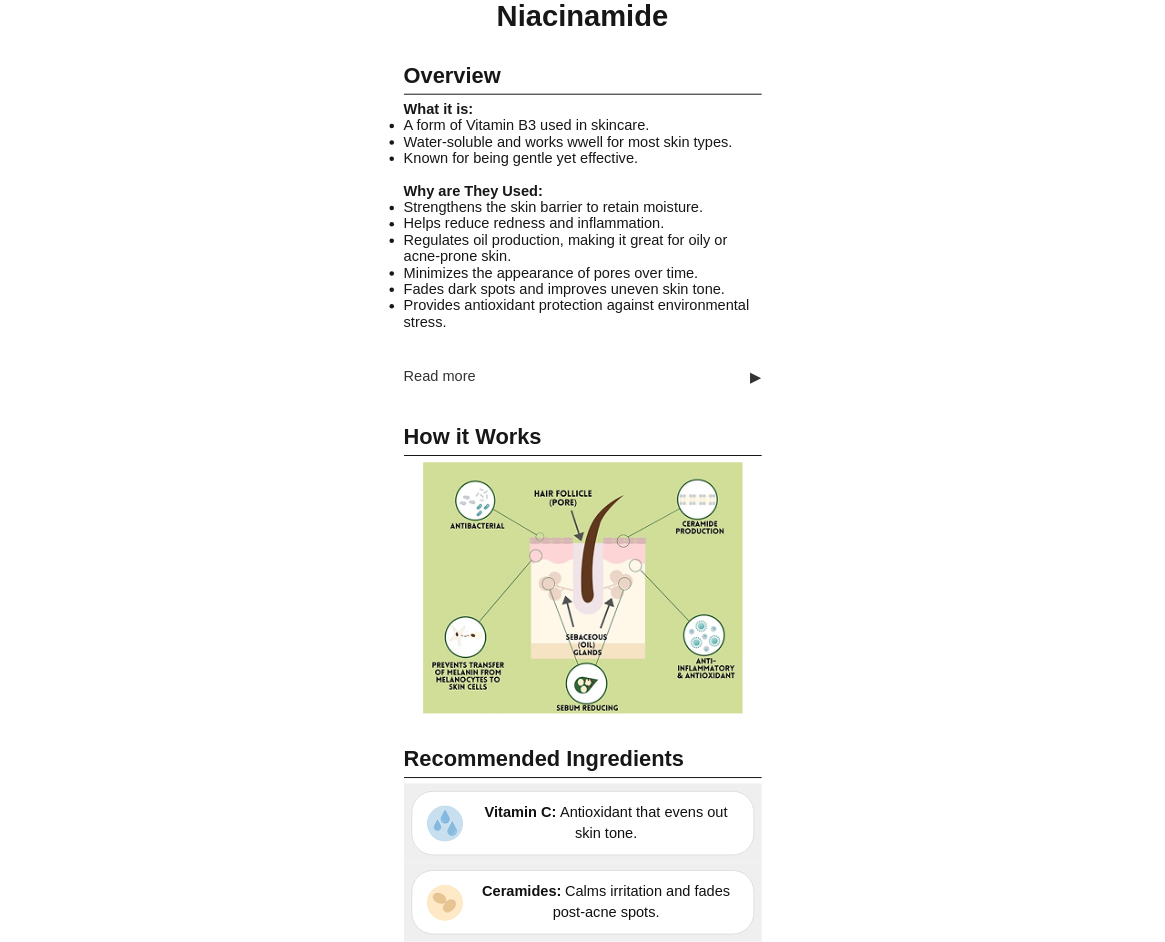
Repository: Esteb4ncd/DermaKnight_WebApp
Page: / (app in dermaknight/)
The author's editor kept a copy of each file at every save. The page is drawn from the files as they stood at one save, then again after the next save.
The browser window is 1280 px wide. The pictures show the whole page, at 91% of full size.
The project was rebuilt for these pictures with package versions that can differ from the ones it lists, and the page was loaded fresh each time. The framework's server and built-in components were replaced by stand-ins that run in the browser. Also part of the build but not shown: dermaknight/next.config.mjs, dermaknight/app/page.module.css, dermaknight/app/ui/toggleDropdown/toggleDropdown.module.css.

Above is the page before, as saved 2025-05-12 13:44:55.

### dermaknight/app/layout.js
import { Geist, Geist_Mono } from "next/font/google";
import "./globals.css";



const geistSans = Geist({
  variable: "--font-geist-sans",
  subsets: ["latin"],
});

const geistMono = Geist_Mono({
  variable: "--font-geist-mono",
  subsets: ["latin"],
});

export const metadata = {
  title: "DermaKnight",
  description: "Skincare made easy for you",
};

export default function RootLayout({ children }) {
  return (
    <html lang="en">
      <body className={`${geistSans.variable} ${geistMono.variable}`}>
        {children}
      </body>
    </html>
  );
}

### dermaknight/app/page.js
'use client'
// import Image from "next/image";
import styles from "./page.module.css";
import Ingredients from "./ui/ingredientCard/ingredientCard";
import {useRouter} from 'next/navigation';
import toggleDropdown from "./ui/toggleDropdown/toggleDropdown";

const ingredients = [
  {
      key: 1,
      name: "Niacinamide:",
      image: "/ingredients/image_1.png",
      description: "Helps brighten skin and fade dark marks gently.",
    },
  {
    key: 2,
      name: "Vitamin C:",
      image: "/ingredients/image_2.png",
      description: "Antioxidant that evens out skin tone.",
  },
  {
    key: 3,
      name: "Ceramides:",
      image: "/ingredients/image_1.png",
      description: "Calms irritation and fades post-acne spots.",
  },
  {
    key: 4,
      name: "Retinol:",
      image: "/ingredients/image_2.png",
      description: "A vitamin A derivative that speeds up skin cell turnover.",
  },
  {
    key: 5,
      name: "Salicylic Acid:",
      image: "/ingredients/image_2.png",
      description: "Helps brighten skin and fade dark marks gently.",
  },
  {
    key: 5,
      name: "Azelaic Acid:",
      image: "/ingredients/image_1.png",
      description: "Calms irritation and fades post-acne spots.",
  },
];

export default function Home() {
  const router = useRouter();

//   // Function to toggle the dropdown content
//   // This function is called when the button is clicked
//   function toggleDropdown() {
//   const content = document.getElementById('dropdownContent');
//   const buttonText = document.getElementById('buttonText');
//   const arrow = document.getElementById('arrow');

//   content.classList.toggle('hidden');
//   arrow.classList.toggle('rotated');

//   if (content.classList.contains('hidden')) {
//     buttonText.textContent = 'Read more';
//     arrow.textContent = '▶';
//   } else {
//     buttonText.textContent = 'Read less';
//     arrow.textContent = '▼';
//   }
// }

  return (
    <div className={styles.authContainer}>
      <header>
        <h1>Niacinamide</h1>
      </header>

      <main>
        <section>
        <h2 style={{ "text-align": "left" }}>Overview</h2>
        <hr style={{ border: "none", borderTop: "1px solid black", margin: "0.4rem 0" }} />
        <p style={{ "text-align": "left" , "font-weight": "bold"}}>What it is:</p>
        <ul style={{ "text-align": "left"}}>
          <li>
            A form of Vitamin B3 used in skincare.
          </li>
          <li>
            Water-soluble and works wwell for most skin types.
          </li>
          <li>
            Known for being gentle yet effective.
          </li>
        </ul>
        <br></br>
        <p style={{ "text-align": "left" , "font-weight": "bold"}}>Why are They Used:</p>
        <ul style={{ "text-align": "left"}}>
          <li>
            Strengthens the skin barrier to retain moisture.
          </li>
          <li>
            Helps reduce redness and inflammation.
          </li>
          <li>
            Regulates oil production, making it great for oily or acne-prone skin.
          </li>
          <li>
            Minimizes the appearance of pores over time.
          </li>
          <li>
            Fades dark spots and improves uneven skin tone.
          </li>
          <li>
            Provides antioxidant protection against environmental stress.
          </li>
        </ul>
        </section>


{/* Toggled Section */}
        <section>
          <div class="dropdown-container">
            <button class="toggle-button" onclick="toggleDropdown()">
              <span id="buttonText">Read more</span>
              <span id="arrow">▶</span>
            </button>

            <div id="dropdownContent" class="hidden">
              <h3>Additional Information</h3>
              <ul>
                <li>It's water-soluble and found in both food and topical skincare.</li>
                <li>In the body, it plays a role in energy production and DNA repair.</li>
              </ul>

              <strong>It plays a role in:</strong>
              <ul>
                <li>Reducing inflammation</li>
                <li>Improving skin barrier function</li>
                <li>Regulating oil (sebum) production</li>
                <li>Reducing hyperpigmentation and redness</li>
              </ul>

              <strong>What it is:</strong>
              <ul>
                <li>A water-soluble form of Vitamin B3 (niacin)</li>
                <li>Found in foods like meat, eggs, green vegetables, and grains</li>
                <li>Used in skincare for its multi-functional benefits</li>
                <li>Suitable for most skin types, including sensitive and acne-prone</li>
              </ul>

              <strong>Why Niacinamide Is Used:</strong>
              <ul>
                <li>Strengthens the skin barrier by boosting ceramide production</li>
                <li>Helps reduce inflammation, redness, and irritation</li>
                <li>Balances oil production, ideal for oily/acne-prone skin</li>
                <li>Minimizes the appearance of pores over time</li>
                <li>Fades dark spots and evens out skin tone</li>
              </ul>
            </div>
        </div>
        </section>

        <section>
        <h2 style={{ "text-align": "left" }}>How it Works</h2>
        <hr style={{ border: "none", borderTop: "1px solid black", margin: "0.4rem 0" }} />
        <img src="/ingredients/niacinamide.png"></img>
        </section>



        <section className={styles.authContainer}>
        <h2 style={{ "text-align": "left" }}>Recommended Ingredients</h2>
        <hr style={{ border: "none", borderTop: "1px solid black", margin: "0.4rem 0" }} />

        {["Vitamin C", "Ceramides"].map((key) => {
          const item = ingredients.find((i) => i.name.startsWith(key));
            return (
              <Ingredients
                key={key}
                image={item.image}
                name={item.name}
                description={item.description}
                onClick={() => router.push(`/${key.toLowerCase().replace(/\s/g, '')}`)}
              />
          );
        })}

        </section>
      </main>
    </div>
  )
}

### dermaknight/app/globals.css
.auth-container {
  padding: 32px;
  max-width: 393px;
  margin: 0 auto;
  text-align: center;
  background: white;
}

/* Category Page Styling */
article, section {
  padding: 32px 0px 0px 0px;
  max-width: 393px;
  margin: 0 auto;
  text-align: center;
}

header {
  text-align: center;
}

.cardLink {
  text-decoration: none;
  color: inherit;
}

/* Ingredients Page Styling */
.toggle-button {
    display: flex;
    justify-content: space-between;
    width: 100%;
    border: none;
    background: none;
    font-size: 16px;
    padding: 10px 0;
    cursor: pointer;
    color: #333;
}

#dropdownContent {
    padding: 10px;
    border-top: 1px solid #000;
    font-size: 14px;
}

.hidden {
    display: none;
}

#arrow {
    transition: transform 0.3s ease;
}

.rotated {
    transform: rotate(180deg);
}



/* Variables Etc */

:root {
  --background: #ffffff;
  --foreground: #171717;
}

:root {
  --color-text: #1C0E13;
  --color-labels: #5A5757;
  --color-button-bg: #444752;
  --color-button-text: #ffffff;
  --color-header-bg: #E0E8FF;
  --color-green: #5B9253;
  --color-yellow: #FFF48D;
  --color-quiz-button: #EAEFFF;
  --color-quiz-button-selected: #969DB3;
  --color-quiz-button-border: #949DB5;


  --font-main: 'Lexend', sans-serif;
  --text-h1: 40px;
  --line-h1: 44px;

  --text-h2: 34px;
  --line-h2: 38px;

  --text-h3: 28px;
  --line-h3: 32px;

  --text-h4: 20px;
  --line-h4: 24px;

  --text-body: 16px;
  --line-body: 20px;

  --text-body-bold: 16px;
  --line-body-bold: 24px;

  --text-label: 14px;
  --line-label: 18px;

  --text-body-medium: 16px;
  --line-body-medium: 20px;

  --text-body-large: 20px;
  --line-body-large: 20px;

  --text-label-small: 12px;
  --line-label-small: 16px;

  --text-tags: 13px;
  --line-tags: 24.3px;

  --text-h3-bold: 28px;
  --line-h3-bold: 32px;

  --text-h3-large: 36px;
  --line-h3-large: 32px;

  --text-h3-large-bold: 36px;
  --line-h3-large-bold: 32px;
}



/* HEADINGS */
.h1 {
  font-family: var(--font-main);
  font-size: var(--text-h1);
  line-height: var(--line-h1);
  font-weight: 700;
}

.h2 {
  font-size: var(--text-h2);
  line-height: var(--line-h2);
  font-weight: 600;
}

.h3 {
  font-size: var(--text-h3);
  line-height: var(--line-h3);
  font-weight: 600;
}
.h3Bold {
  font-size: var(--text-h3-bold);
  line-height: var(--line-h3-bold);
  font-weight: 700;
}

.h3Large {
  font-size: var(--text-h3-large);
  line-height: var(--line-h3-large);
  font-weight: 600;
}

.h3LargeBold {
  font-size: var(--text-h3-large-bold);
  line-height: var(--line-h3-large-bold);
  font-weight: 700;
}

.h4 {
  font-size: var(--text-h4);
  line-height: var(--line-h4);
  font-weight: 600;
}

/* BODY TEXT */
.body {
  font-size: var(--text_body);
  line-height: var(--line_body);
  font-weight: 400;
}

.bodyBold {
  font-size: var(--text-body-bold);
  line-height: var(--line-body-bold);
  font-weight: 600;
}
.bodyMedium {
  font-size: var(--text-body-medium);
  line-height: var(--line-body-medium);
  font-weight: 500;
}

.bodyLarge {
  font-size: var(--text-body-large);
  line-height: var(--line-body-large);
  font-weight: 400;
}

.bodyLargeBold {
  font-size: var(--text-body-large);
  line-height: var(--line-body-large);
  font-weight: 600;
}

/* LABELS */
.label {
  font-size: var(--text_label);
  line-height: var(--line_label);
  font-weight: 400;
}

.labelMedium {
  font-size: var(--text-label);
  line-height: var(--line-label);
  font-weight: 500;
}

  .labelSmall {
    font-size: var(--text-label-small);
    line-height: var(--line-label-small);
    font-weight: 400;
  }

  .tags {
    font-size: var(--text_tags);
    line-height: var(--line_tags);
    font-weight: 400;
  }









@media (prefers-color-scheme: dark) {
  :root {
    --background: #0a0a0a;
    --foreground: #ededed;
  }
}

html,

body {
  max-width: 100vw;
  overflow-x: hidden;
}

body {
  color: var(--foreground);
  background: var(--background);
  font-family: Arial, Helvetica, sans-serif;
  -webkit-font-smoothing: antialiased;
  -moz-osx-font-smoothing: grayscale;
}

* {
  box-sizing: border-box;
  padding: 0;
  margin: 0;
}

a {
  color: inherit;
  text-decoration: none;
}

@media (prefers-color-scheme: dark) {
  html {
    color-scheme: dark;
  }
}

### dermaknight/app/ui/ingredientCard/ingredientCard.js
import styles from "./ingredientCard.module.css";
import Image from "next/image";

function Ingredients({ name, image, description, onClick }) {
    return (
        <button className={styles.cardButtons} onClick={onClick}>
            <div className={styles.ingredient}>
                <div className={styles.ingredientImage}>
                    <img className={styles.ingredientImage} src={image} />
                </div>
                <p className={styles.ingredientDescription}>
                <span className={styles.ingredientName}>{name}</span>{description}
                </p>
            </div>
        </button>
    );
}

export default Ingredients;

### dermaknight/app/ui/toggleDropdown/toggleDropdown.js
import styles from "./toggleDropdown.module.css";

export default function toggleDropdown() {
    const content = document.getElementById('dropdownContent');
    const buttonText = document.getElementById('buttonText');
    const arrow = document.getElementById('arrow');

    content.classList.toggle('hidden');
    arrow.classList.toggle('rotated');

    if (content.classList.contains('hidden')) {
        buttonText.textContent = 'Read more';
        arrow.textContent = '▶';
    } else {
        buttonText.textContent = 'Read less';
        arrow.textContent = '▼';
    }
}

### dermaknight/app/ui/ingredientCard/ingredientCard.module.css
.ingredient {
    display: flex;
    align-items: center;
    padding: 12px 16px;
    border: 1px solid #dcdcdc;
    border-radius: 24px;
    margin: 8px;
    background-color: white;
    max-width: 600px;
    box-shadow: 0 0 0 1px #f0f0f0;
    font-family: Lexend, sans-serif;
}

.ingredientImage {
    flex-shrink: 0;
    width: 40px;
    height: 40px;
    border-radius: 50%;
    overflow: hidden;
    margin-right: 12px;
}

.ingredientName {
    font-weight: 700;
    margin-right: 4px;
}

.ingredientDescription {
    font-size: 1rem;
    color: #111;
    margin: 0;
    line-height: 1.4;
}

.cardButtons {
    border:0;
}

After the next save:
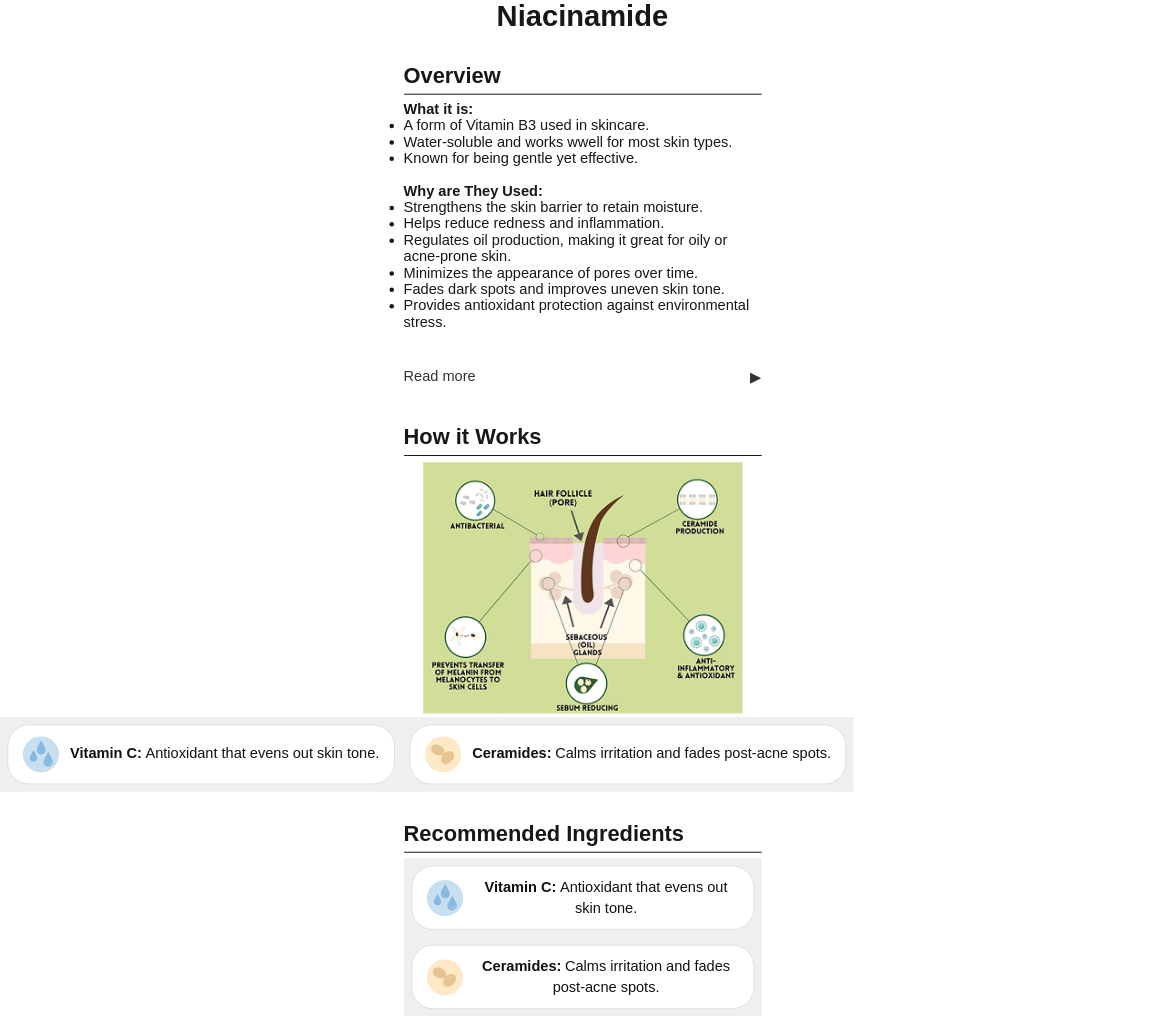
Saved 11 s later.
--- a/dermaknight/app/page.js
+++ b/dermaknight/app/page.js
@@ -162,7 +162,18 @@ export default function Home() {
         <img src="/ingredients/niacinamide.png"></img>
         </section>
 
-
+{["Vitamin C", "Ceramides"].map((key) => {
+          const item = ingredients.find((i) => i.name.startsWith(key));
+            return (
+              <Ingredients
+                key={key}
+                image={item.image}
+                name={item.name}
+                description={item.description}
+                onClick={() => router.push(`/${key.toLowerCase().replace(/\s/g, '')}`)}
+              />
+          );
+        })}
 
         <section className={styles.authContainer}>
         <h2 style={{ "text-align": "left" }}>Recommended Ingredients</h2>
